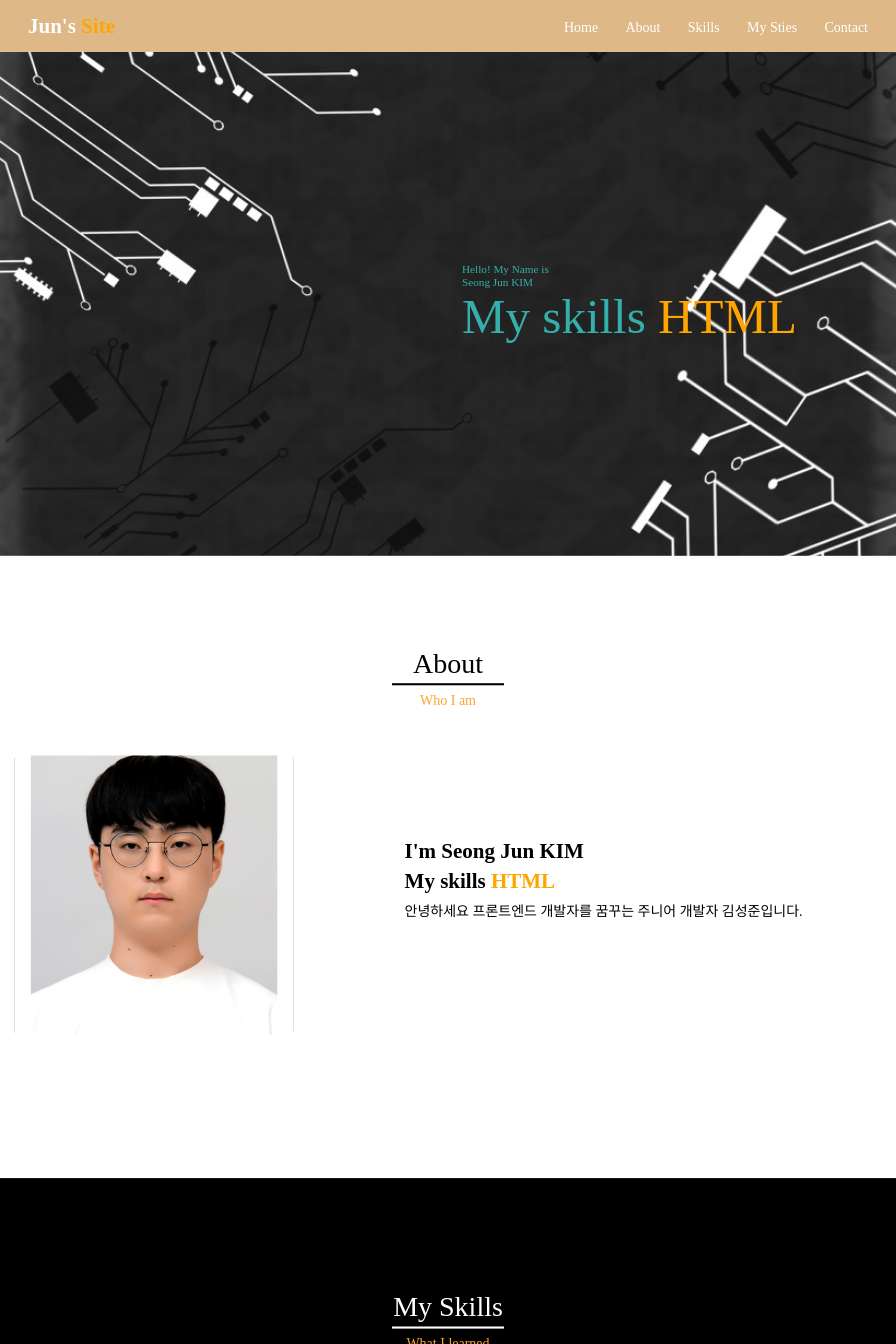
Repository: jun01270/jun
Page: index.html
An editor plug-in stored every save of this project. The page is shown before and after a run of saves, followed by the edit.
The browser window is 1280 px wide. The pictures show the part of the page from y = 0 to 1920 px (the page is 3823 px tall), at 70% of full size.
Some web libraries are served in a nearby version.

Above is the page before, as saved 2023-05-11 17:49:39.

### index.html
<!DOCTYPE html>
<html lang="en">
  <head>
    <meta charset="UTF-8" />
    <meta http-equiv="X-UA-Compatible" content="IE=edge" />
    <meta name="viewport" content="width=device-width, initial-scale=1.0" />
    <link rel="stylesheet" href="./css/style.css" />
    <link rel="stylesheet" href="./css/home.css" />
    <link rel="stylesheet" href="./css/about.css" />
    <link rel="stylesheet" href="./css/skills.css" />
    <link rel="stylesheet" href="./css/mysites.css" />
    <link rel="stylesheet" href="./css/contact.css" />

    <script
      src="https://kit.fontawesome.com/252eac6dbf.js"
      crossorigin="anonymous"
    ></script>
    <title>Jun's site</title>
  </head>
  <body>
    <nav class="navbar">
      <div class="max-width">
        <div class="logo">
          <a href="#home">Jun's <span>Site</span></a>
        </div>
        <ul class="menu-bar">
          <li><a href="#home" class="menu-btn" id="homeID">Home</a></li>
          <li><a href="#about" class="menu-btn" id="homeID">About</a></li>
          <li><a href="#skills" class="menu-btn">Skills</a></li>
          <li><a href="#my-sites" class="menu-btn">My Sties</a></li>
          <li><a href="#contact" class="menu-btn">Contact</a></li>
        </ul>
      </div>
    </nav>

    <!--home섹션-->
    <section class="home" id="home">
      <div class="max-width">
        <div class="home-section">
          <div class="text-1">Hello! My Name is</div>
          <div class="text-2">Seong Jun KIM</div>
          <div class="text-3">My skills <span class="typing1">HTML</span></div>
        </div>
      </div>
    </section>

    <!--about섹션-->
    <section class="about" id="about">
      <div class="max-width">
        <h2 class="title">About</h2>
        <div class="about-content">
          <div class="left-column"><img src="./img/profile.jpg" /></div>
          <div class="right-column">
            <div class="about-text">I'm Seong Jun KIM</div>
            <div class="about-skills">
              My skills <span class="typing2">HTML</span>
            </div>
            <p>
              안녕하세요 프론트엔드 개발자를 꿈꾸는 주니어 개발자 김성준입니다.
            </p>
          </div>
        </div>
      </div>
    </section>

    <!--skills섹션-->
    <section class="skills" id="skills">
      <div class="max-width">
        <h2 class="title">My Skills</h2>
        <div class="skills-content">
          <div class="left-column">
            <div class="skills-text">
              <div class="sub-title">My skills & Experience</div>
              <p>HTML, Css, js , react를 다루고 있습니다.</p>
            </div>
          </div>
          <div class="right-column">
            <div class="bars">
              <div class="bars-content">
                <span>HTML</span>
                <span>90%</span>
              </div>
              <div class="line html"></div>
            </div>
            <div class="bars">
              <div class="bars-content">
                <span>Css</span>
                <span>80%</span>
              </div>
              <div class="line css"></div>
            </div>
            <div class="bars">
              <div class="bars-content">
                <span>JavaScript</span>
                <span>80%</span>
              </div>
              <div class="line js"></div>
            </div>
            <div class="bars">
              <div class="bars-content">
                <span>React</span>
                <span>80%</span>
              </div>
              <div class="line react"></div>
            </div>
          </div>
        </div>
      </div>
    </section>

    <!--My sties섹션-->
    <section class="my-sites">
      <div class="max-width">
        <h2 class="title">My Sites</h2>
        <div class="my-sites-content">
          <div class="left-column">
            <a href="https://web-jun.tistory.com/" target="_blank">
              <div class="site">
                <div class="site-images">
                  <img src="/img/blog.jpg" alt="" />
                  <div class="site-text">BLOG</div>
                  <p>개발하는 블로그입니다.</p>
                </div>
              </div>
            </a>
          </div>
          <div class="right-column">
            <a href="https://github.com/jun01270" target="_blank">
              <div class="site">
                <div class="site-images">
                  <img src="/img/github.jpg" alt="" />
                  <div class="site-text">BLOG</div>
                  <p>깃허브 사이트입니다.</p>
                </div>
              </div>
            </a>
          </div>
        </div>
      </div>
    </section>

    <!--Contact 섹션-->
    <section class="contact">
      <div class="max-width">
        <h2 class="title">Contact me</h2>
        <div class="contact-content">
          <div class="left column">
            <div class="contact-text">My information</div>
            <p>
              동양미래대학교 컴퓨터소프트웨어공학과를 졸업하여 프론트엔드
              개발자가 되고싶은 주니어 개발자입니다.
            </p>
            <div class="icons-content">
              <i class="fas fa-user"></i>
              <div class="info">
                <div class="head">Name</div>
                <div class="tail">Seong Jun KIM</div>
              </div>
            </div>
            <div class="icons-content">
              <i class="fas fa-envelope"></i>
              <div class="info">
                <div class="head">E-mail</div>
                <div class="tail">kimsj012731@gmail.com</div>
              </div>
            </div>
            <div class="icons-content">
              <i class="fas fa-map-marked-alt"></i>
              <div class="info">
                <div class="head">Address</div>
                <div class="tail">경기도 광명시</div>
              </div>
            </div>
          </div>
          <div class="right column">
            <div class="contact-text">Message Me!</div>
            <form action="#">
              <div class="fields">
                <div class="field name">
                  <input type="text" placeholder="Name" />
                </div>
                <div class="field Email">
                  <input type="email" placeholder="E-mail" />
                </div>
              </div>
              <div class="field subject">
                <input type="text" placeholder="Subject" />
              </div>
              <div class="field contact-area">
                <textarea
                  cols="30"
                  rows="10"
                  placeholder="Contact.. "
                  required
                ></textarea>
              </div>
              <div class="button">
                <button type="submit">Send Message</button>
              </div>
            </form>
          </div>
        </div>
      </div>
    </section>

    <!--Footer섹션-->
    <footer></footer>

    <!--JS섹션-->
  </body>
</html>

### css/style.css
@import url("https://fonts.googleapis.com/css2?family=Lora&display=swap");

* {
  margin: 0;
  padding: 0;
  box-sizing: border-box;
  text-decoration: none;
}

.home .about .skills .my-sites .contact {
  padding-top: 86px;
}

html {
  scroll-behavior: smooth;
}

.max-width {
  max-width: 1300px;
  padding: 0 20px;
  margin: auto;
}

.section {
  padding: 100px 0;
}

/* .about, .skills, .my-sites, .contact, .footer{
    //폰트삽입
} */

.about .title,
.skills .title,
.my-sites .title,
.contact .title {
  position: relative;
  text-align: center;
  font-size: 40px;
  font-weight: 500;
  margin: 30px 0 100px 0;
  padding-bottom: 8px;
}

.about .title::before,
.skills .title::before,
.my-sites .title::before,
.contact .title::before {
  content: "";
  position: absolute;
  bottom: 0px;
  left: 50%;
  width: 160px;
  height: 3px;
  background-color: black;
  transform: translateX(-50%);
}

.title::after {
  content: "";
  position: absolute;
  bottom: -38px;
  left: 50%;
  font-size: 20px;
  color: rgb(255, 164, 45);
  padding: 5px;
  background-color: white;
  transform: translateX(-50%);
}

.about .about-content,
.skills .skills-content,
.my-sites .my-sites-content,
.contact .contact-content {
  display: flex;
  align-items: center;
  flex-wrap: wrap;
  justify-content: space-between;
}

.navbar {
  position: relative;
  width: 100%;
  padding: 20px 0;
  z-index: 999;
  transition: all 0.3s ease;
  background-color: burlywood;
}

.navbar .max-width {
  display: flex;
  align-items: center;
  justify-content: space-between;
}

.navbar .logo {
  font-size: 30px;
  font-weight: 600;
  margin-left: 20px;
  color: black;
}

.navbar .logo a {
  color: white;
  text-decoration: none;
}

.navbar .logo a span {
  color: orange;
  transition: all 0.3s ease;
}

.navbar .menu-bar li {
  list-style: none;
  margin: 5px 20px 0 0;
  display: inline-block;
}

.navbar .menu-bar li a {
  display: block;
  text-decoration: none;
  font-size: 20px;
  font-weight: 500;
  margin-left: 15px;
  transition: all 0.3s ease;
}

.menu-bar li:hover {
  background-color: orange;
  border-radius: 3px;
}

.navbar.sticky {
  padding: 20px 0;
  background-color: black;
}

.navbar.sticky .logo a span {
  color: white;
}

.navbar.sticky .menu-bar li a:hover {
  color: white;
}

.navbar .menu-btn {
  color: white;
  font-size: 25px;
  display: none;
  cursor: pointer;
}

@media screen and (max-width: 700px) {
  .navbar {
    flex-direction: column;
    align-items: flex-start;
    margin: 0;
  }

  .menu-bar {
    flex-direction: column;
    align-items: center;
    width: 100%;
  }

  .menu-bar li {
    width: 100%;
    text-align: center;
  }
}

### css/home.css
.home {
  display: flex;
  height: 100vh;
  min-height: 500px;
  color: rgb(52, 175, 169);
  background: url("../img/back.jpg") no-repeat center;
  background-size: cover;
}

.home .max-width {
  margin: auto 0 auto 40px;
}

.home .home-section {
  margin-left: 600px;
}

.home .home-section .text1 {
  font-size: 60px;
}

.home .home-section .text2 {
  font-size: 100px;
  font-weight: 600;
}

.home .home-section .text-3 {
  font-size: 70px;
}

.home .home-section .text-3 span {
  color: orange;
  font-weight: 500;
}

### css/about.css
.about {
  padding: 100px 0;
  transition: all 0.3s ease;
}

.about .title::after {
  content: "Who I am";
  background-color: white;
}

.about .about-content {
  margin-bottom: 100px;
}

.about .about-content .left-column {
  width: 45%;
}

.about .about-content .left-column img {
  height: 400px;
  width: 400px;
  object-fit: cover;
  border-radius: 6px;
}

.about .about-content .right-column {
  width: 55%;
  margin-bottom: 50px;
}

.about .about-content .right-column .about-text,
.about .about-content .right-column .about-skills {
  font-size: 30px;
  font-weight: 600;
  margin-bottom: 10px;
}

.about .about-content .right-column .about-skills span {
  color: orange;
}

.about .about-content .right-column P {
  text-align: justify;
  font-size: 20px;
}

### css/skills.css
.skills {
  padding: 100px 0;
  transition: all 0.3s ease;
}

.skills .title {
  padding-top: 30px;
}

.skills .title::before {
  background-color: white;
}

.skills .title::after {
  content: "What I learned";
  background-color: black;
}

.skills {
  color: white;
  background-color: black;
  padding-bottom: 100px;
}

.skills .sub-title {
  font-size: 30px;
  font-weight: 600;
  padding-bottom: 10px;
}

.skills .skills-content .left-column,
.skills .skills-content .right-column {
  width: calc(50% - 30px);
}

.skills .skills-content .left-column .skills-text {
  font-size: 23px;
  font-weight: 300;
  margin: 0 0 20px 10px;
  text-align: justify;
}

.skills .skills-content .left-column p {
  font-size: 20px;
}

.skills .skills-content .right-column .bars {
  margin-bottom: 15px;
}

.skills .skills-content .right-column .bars-content {
  display: flex;
  margin-bottom: 5px;
  align-items: center;
  justify-content: space-between;
}

.skills .skills-content span {
  font-size: 23px;
  font-weight: 600;
}

.skills .skills-content .right-column .line {
  height: 5px;
  background-color: white;
  width: 100%;
  position: relative;
}

.skills .skills-content .right-column .line::before {
  content: "";
  position: absolute;
  height: 100%;
  left: 0;
  top: 0;
  background-color: crimson;
}

.skills .skills-content .right-column .html::before {
  width: 90%;
}

.skills .skills-content .right-column .css::before {
  width: 65%;
}

.skills .skills-content .right-column .js::before {
  width: 68%;
}

.skills .skills-content .right-column .react::before {
  width: 80%;
}

### css/mysites.css
.my-sites {
  padding: 100px 0;
  transition: all 0.3s ease;
}

.my-sites .title::after {
  content: "What Is My Site ";
}

.my-sites .my-sites-content {
  margin-bottom: 100px;
}

.my-sites .my-sites-content .left-column {
  margin-left: 20%;
}

.my-sites .my-sites-content .right-column {
  margin-right: 20%;
}

.my-sites .my-sites-content a {
  display: flex;
  text-align: center;
  color: black;
}

.my-sites .my-sites-content a,
.my-sites .my-sites-content a:visited,
.my-sites .my-sites-content a:active,
.my-sites .my-sites-content a:hover {
  text-decoration: none;
}

.my-sites .my-sites-content .site {
  background-color: white;
  border-radius: 6px;
  padding: 25px 35px;
  transition: all 0.3s ease;
}

.my-sites .my-sites-content .site img {
  height: 150px;
  width: 150px;
  object-fit: cover;
  border-radius: 50%;
  border: 5px solid rgb(255, 164, 45);
  transition: all 0.3 ease;
}

.my-sites .my-sites-content .site-text {
  font-size: 25px;
  font-weight: 600;
}

.my-sites .my-sites-content p {
  font-size: 18px;
  text-align: justify;
}

.my-sites .my-sites-content .site:hover {
  background-color: rgb(25, 8, 53);
  color: white;
  transform: scale(1.05);
}

.my-sites .my-sites-content .site:hover img {
  border-color: white;
}

### css/contact.css
.contact {
  color: white;
  background-color: rgb(25, 8, 53);
  padding-bottom: 50px;
  padding: 100px 0;
  transition: all 0.3s ease;
}

.contact .title {
  padding-top: 40px;
  margin-bottom: 120px;
  color: white;
}

.contact .title::before {
  background-color: white;
}

.contact .title::after {
  content: "How to Contact Me";
  background-color: rgb(25, 8, 53);
}

.contact .contact-content .column {
  width: 45%;
}

.contact .contact-content .contact-text {
  font-size: 25px;
  font-weight: 600;
  padding-bottom: 10px;
}

.contact .contact p {
  font-size: 15px;
  text-align: justify;
}

.contact .contact-content .left .icons {
  margin: 15px 0;
}

.contact .contact-content .icons-content {
  display: flex;
  align-items: center;
  height: 60px;
}

.contact .contact-content .icons-content i {
  margin-right: 20px;
  font-size: 25px;
  color: rgb(255, 164, 45);
}

.contact .contact-content .icons-content .info .head {
  font-weight: 600;
  font-size: 15px;
}

.contact .contact-content .icons-content .info .tail {
  color: rgb(230, 220, 220);
}

.contact .contact-content .fields {
  display: flex;
}

.contact .contact-content .field,
.contact .contact-content .fields .field {
  height: 40px;
  width: 100%;
  margin-bottom: 15px;
}

.contact .contact-content .right {
  margin-bottom: 50px;
}

.contact .contact-content .right .contact-area {
  height: 80px;
  width: 100%;
}

.contact .right form .name {
  margin-right: 10px;
}

.contact .right form .email {
  margin-left: 10px;
}

.contact .right form .field input,
.contact .right form .contact-area textarea {
  height: 100%;
  width: 100%;
  border: 1px solid rgb(255, 164, 45);
  border-radius: 6px;
  outline: none;
  padding: 0 15px;
  font-size: 15px;
}

.contact .right form .contact-area textarea {
  padding-top: 10px;
  resize: none;
}

.contact .right form .button {
  height: 40px;
  width: 120px;
}

.contact .right form .button button {
  width: 100%;
  height: 100%;
  border: 2px solid rgb(255, 164, 45);
  background-color: rgb(255, 164, 45);
  border-radius: 6px;
  font-size: 15px;
  font-weight: 600;
  transition: all 0.3s ease;
}

.contact .right form .button button:hover {
  color: rgb(255, 164, 45);
  background: none;
}

After the next 2 saves:
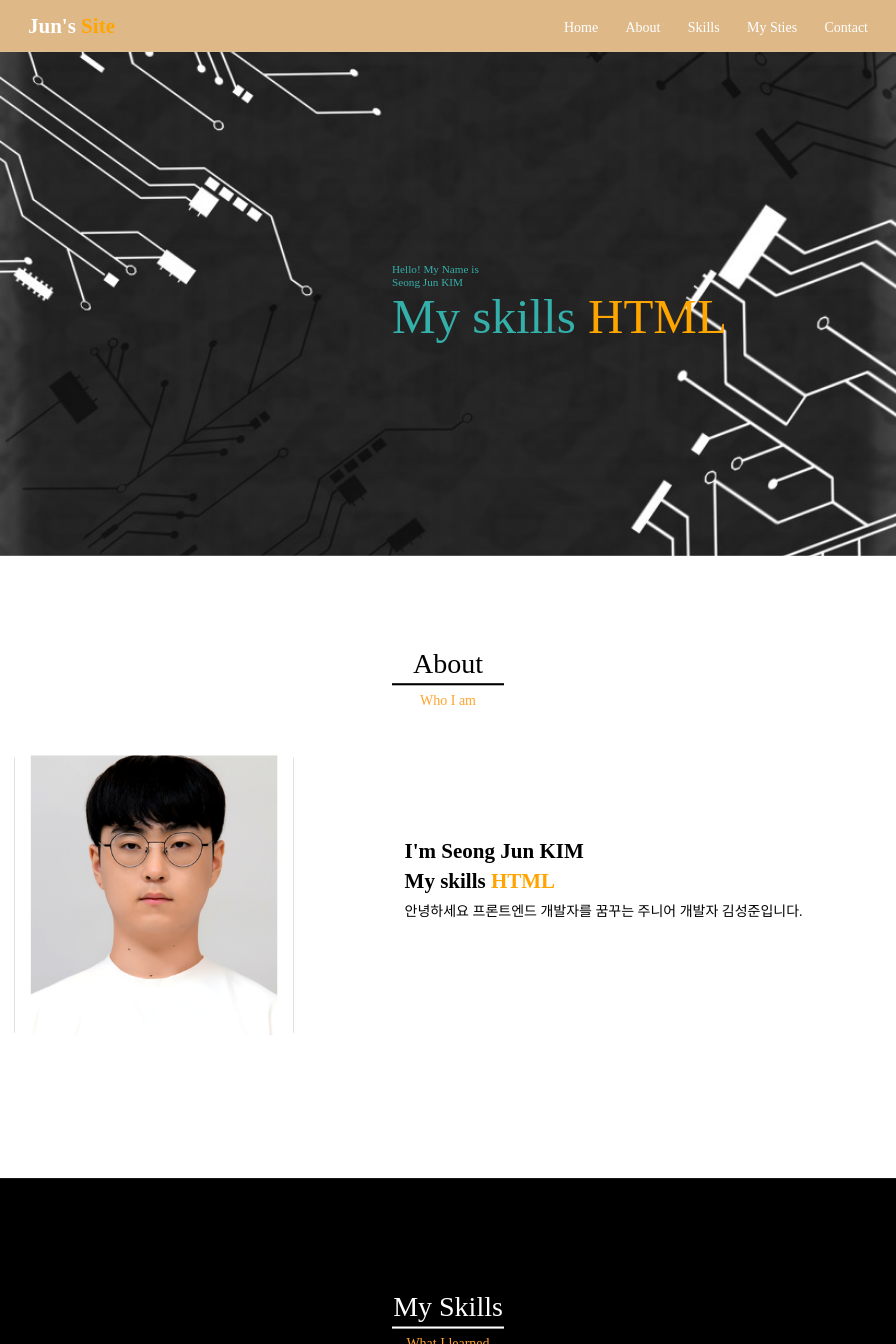
The 2 saves are shown as one change because they came seconds apart.
The last was saved 10 s later.
--- a/css/home.css
+++ b/css/home.css
@@ -12,7 +12,7 @@
 }
 
 .home .home-section {
-  margin-left: 600px;
+  margin-left: 500px;
 }
 
 .home .home-section .text1 {
